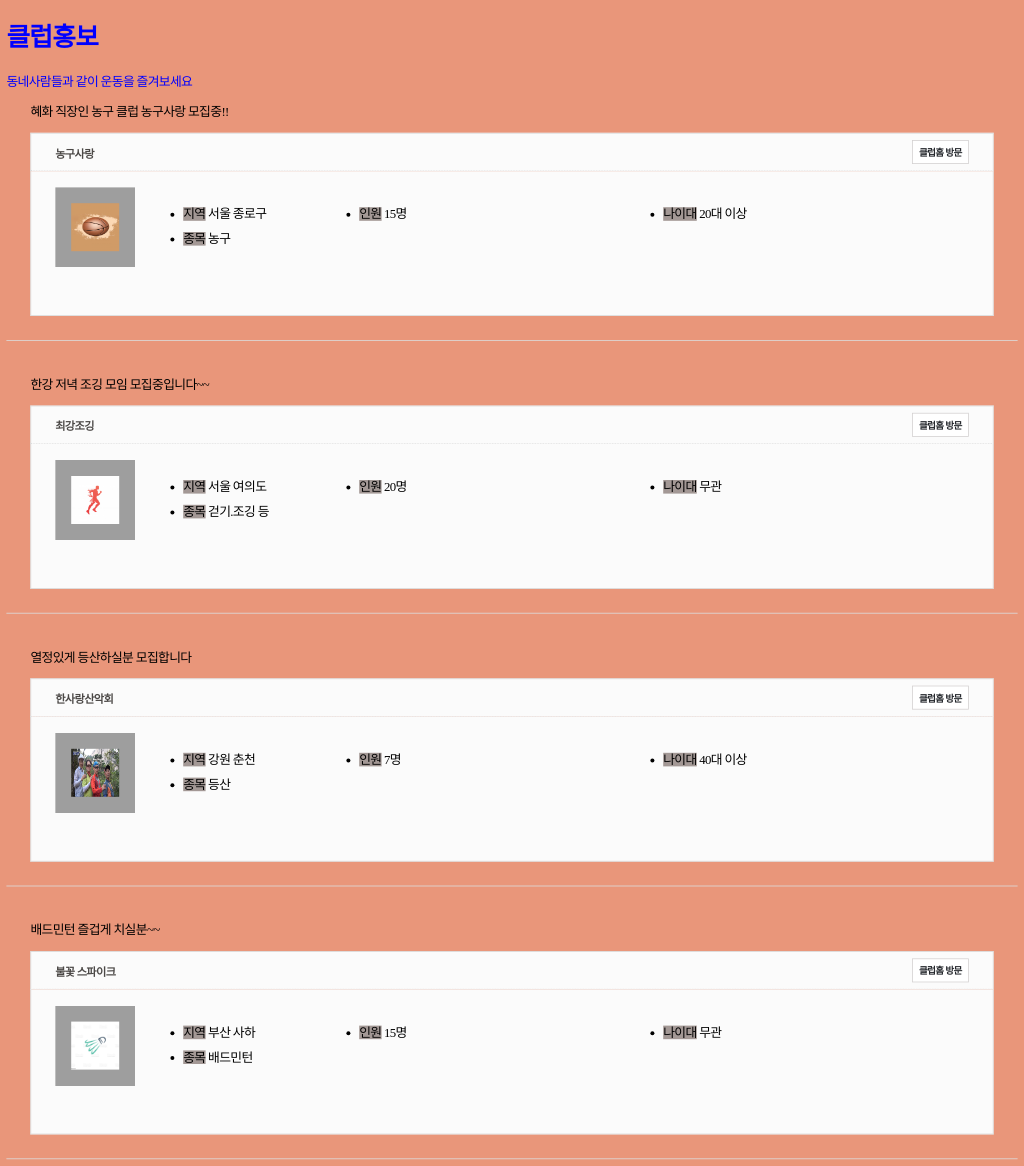
Repository: jaemin333/study
Page: club.html
An editor plug-in stored every save of this project. The page is shown before and after the next save, followed by the edit.
The browser window is 1280 px wide. The pictures show the whole page, at 80% of full size.
Pictures or frames that could not be fetched are drawn as grey boxes.

Above is the page before, as saved 2021-07-02 21:58:26.

### club.html
<!DOCTYPE html>
<html lang="ko">
<head>
    <meta charset="UTF-8">
    <meta http-equiv="X-UA-Compatible" content="IE=edge">
    <meta name="viewport" content="width=device-width, initial-scale=1.0">
    <link rel ="stylesheet" type = "text/css" href = "style.css">
    <title>club</title>
</head>
<body>
    <div class="title">
        <h1 class="h1">클럽홍보</h1>
        <span class = "sentence">동네사람들과 같이 운동을 즐겨보세요</span>
    </div>

    <div class = "clubList">
    <div class = "clubBox">
        <p class = "clubTip">
            <a>혜화 직장인 농구 클럽 농구사랑 모집중!!</a>
        </p>
    <div class ="cbClubName">
        <a>농구사랑</a>
        <a class ="iButton">클럽홈 방문</a>
    </div>

    <div class ="cbInfo">
        <div class="cbMark">
            <span class="clubmark">
                <img src = "bask.png" width="60" height=60">
        </div>
    <ul>
        <li>
            <span class = "info dark">지역</span>
             서울 종로구
        </li>
        <li style = "width:380px;">
            <span class = "info dark">인원</span>
             15명
        </li>
        <li style = "width:380px;">
            <span class = "info dark">나이대</span>
             20대 이상
        </li>
        <li style = "width:380px;">
            <span class = "info dark">종목</span>
             농구
        </li>
    </ul>
    </div>
    </div>
    </div>

    <div class = "clubList">
        <div class = "clubBox">
            <p class = "clubTip">
                <a>한강 저녁 조깅 모임 모집중입니다~~</a>
            </p>
        <div class ="cbClubName">
            <a>최강조깅</a>
            <a class ="iButton">클럽홈 방문</a>
        </div>

        <div class ="cbInfo">
            <div class="cbMark">
                <span class="clubmark">
                    <img src = "run.jpg" width="60" height="60">
            </div>
        <ul>
            <li>
                <span class = "info dark">지역</span>
                 서울 여의도
            </li>
            <li style = "width:380px;">
                <span class = "info dark">인원</span>
                 20명
            </li>
            <li style = "width:380px;">
                <span class = "info dark">나이대</span>
                 무관
            </li>
            <li style = "width:380px;">
                <span class = "info dark">종목</span>
                 걷기.조깅 등
            </li>
        </ul>
        </div>
        </div>
        </div>

        <div class = "clubList">
            <div class = "clubBox">
                <p class = "clubTip">
                    <a>열정있게 등산하실분 모집합니다</a>
                </p>
            <div class ="cbClubName">
                <a>한사랑산악회</a>
                <a class ="iButton">클럽홈 방문</a>
            </div>

            <div class ="cbInfo">
                <div class="cbMark">
                    <span class="clubmark">
                        <img src = "hike.png" width="60" height="60">
                </div>
            <ul>
                <li>
                    <span class = "info dark">지역</span>
                     강원 춘천
                </li>
                <li style = "width:380px;">
                    <span class = "info dark">인원</span>
                     7명
                </li>
                <li style = "width:380px;">
                    <span class = "info dark">나이대</span>
                     40대 이상
                </li>
                <li style = "width:380px;">
                    <span class = "info dark">종목</span>
                     등산
                </li>
            </ul>
            </div>
            </div>
            </div>


            <div class = "clubList">
                <div class = "clubBox">
                    <p class = "clubTip">
                        <a>배드민턴 즐겁게 치실분~~</a>
                    </p>
                <div class ="cbClubName">
                    <a>불꽃 스파이크</a>
                    <a class ="iButton">클럽홈 방문</a>
                </div>

                <div class ="cbInfo">
                    <div class="cbMark">
                        <span class="clubmark">
                            <img src = "badminton.jpg" width="60" height="60">
                    </div>
                <ul>
                    <li>
                        <span class = "info dark">지역</span>
                         부산 사하
                    </li>
                    <li style = "width:380px;">
                        <span class = "info dark">인원</span>
                         15명
                    </li>
                    <li style = "width:380px;">
                        <span class = "info dark">나이대</span>
                         무관
                    </li>
                    <li style = "width:380px;">
                        <span class = "info dark">종목</span>
                         배드민턴
                    </li>
                </ul>
                </div>
                </div>
                </div>








</body>
</html>

### style.css
div {
    display:block;
}



body {
    background-color: darksalmon;
    word-break: break-all;
    -ms-word-break: break-all;
    letter-spacing: -0.050em;
}


.clubBox{
    position: relative;
    padding: 25px 30px 30px 30px;
    border-bottom: 1px solid #dddddd;
}


ul{
    display: block;
    margin-block-start: 1em;
    margin-block-end: 1em;
    margin-inline-start: 0px;
    margin-inline-end: 0px;
    padding-inline-start: 40px;
}

.clubBox li .info.dark{
    background-color: #a39895;
}

.iButton {
    display: inline-block;
    height: 18px;
    padding: 5px 8px;
    font-size: 12px;
    font-weight: bold;
    color: #24272c;
    text-align: center;
    background-color: white;
    border: 1px solid #d4d1d1;
}

.clubBox .iButton {
    position: absolute;
    top: 8px;
    right: 30px;
}

li {
    display: list-item;
    text-align: -webkit-match-parent;
}

.clubBox .cbInfo li {
    float: left;
    width: 220px;
    margin: 4px 0 3px 0;
    font-size: 16px;
    color: black;
}

.cbClubName {
    padding-bottom: 10px;
}

.clubBox .cbInfo {
    position: relative;
    padding: 20px;
    padding-left: 150px;
    border: 1px solid #dadada;
    border-top: 0;
    background-color: #fbfbfb;
    height:140px;
}

.clubBox .clubTit {
    margin-bottom: 15px;
    font-size: 16px;
    font-weight: bold;
    color: black;
}

p {
    display: block;
    margin-block-start: 1em;
    margin-block-end: 1em;
    margin-inline-start: 0px;
    margin-inline-end: 0px;
}

.clubBox .cbClubName {
    position: relative;
    padding: 14px 30px 12px 30px;
    font-size: 14px;
    font-weight: bold;
    color: #4b4846;
    border: 1px solid #dadada;
    border-bottom: 1px dotted #dddddd;
    background-color: #fbfbfb;
}

.clubBox .cbMark {
    position: absolute;
    top: 20px;
    left: 30px;
    background: url(https://img.sa.nexon.com/assets/clan/clamark_bg.jpg) no-repeat;
    width: 60px;
    height: 60px;
    padding: 20px 20px;
}

.clubTip a {
    color: black;
    text-decoration: none;
}

.title {
    position: relative;
    height: 39px;
    margin: 0 0 25px 0;
    font-size: 16px;
    color: blue;
}

After the next save:
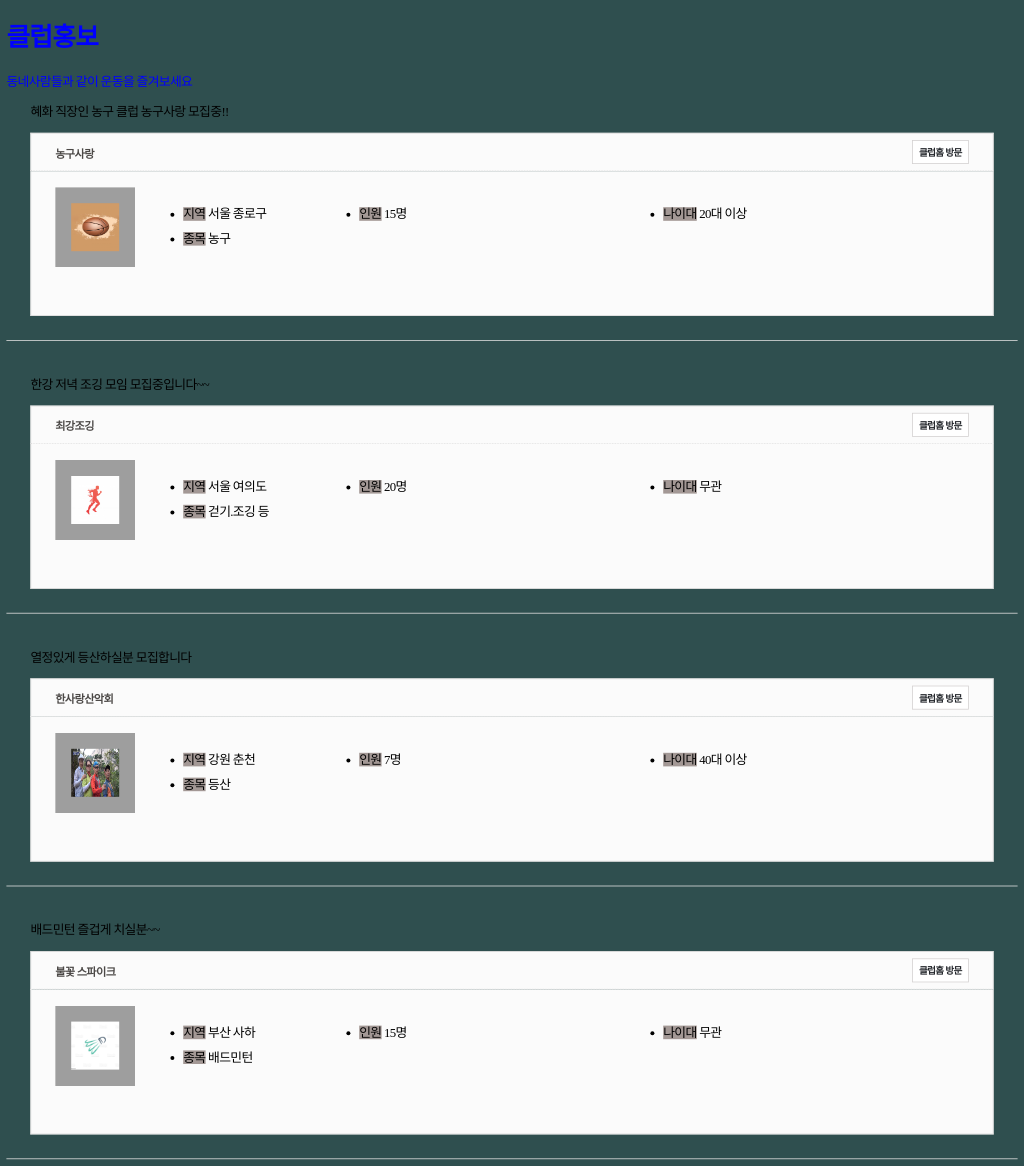
Saved 21 s later.
--- a/style.css
+++ b/style.css
@@ -5,7 +5,7 @@ div {
 
 
 body {
-    background-color: darksalmon;
+    background-color: darkslategrey;
     word-break: break-all;
     -ms-word-break: break-all;
     letter-spacing: -0.050em;
